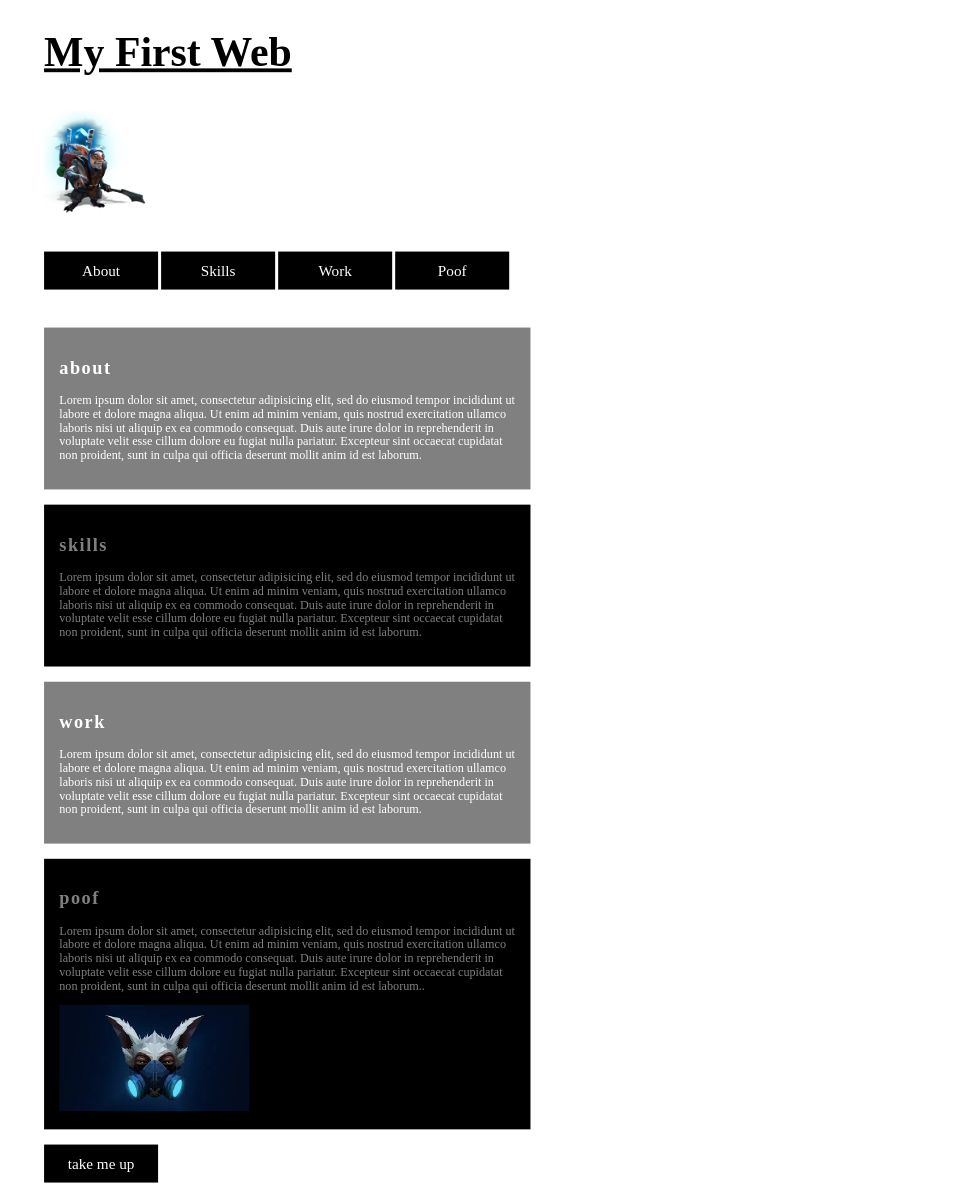
Repository: liav13/SchoolFirstWeb
Page: index.html
An editor plug-in stored every save of this project. The page is shown before and after the next save, followed by the edit.
The browser window is 1280 px wide. The pictures show the whole page, at 76% of full size.

Above is the page before, as saved 2019-05-13 18:50:04.

After the next save:
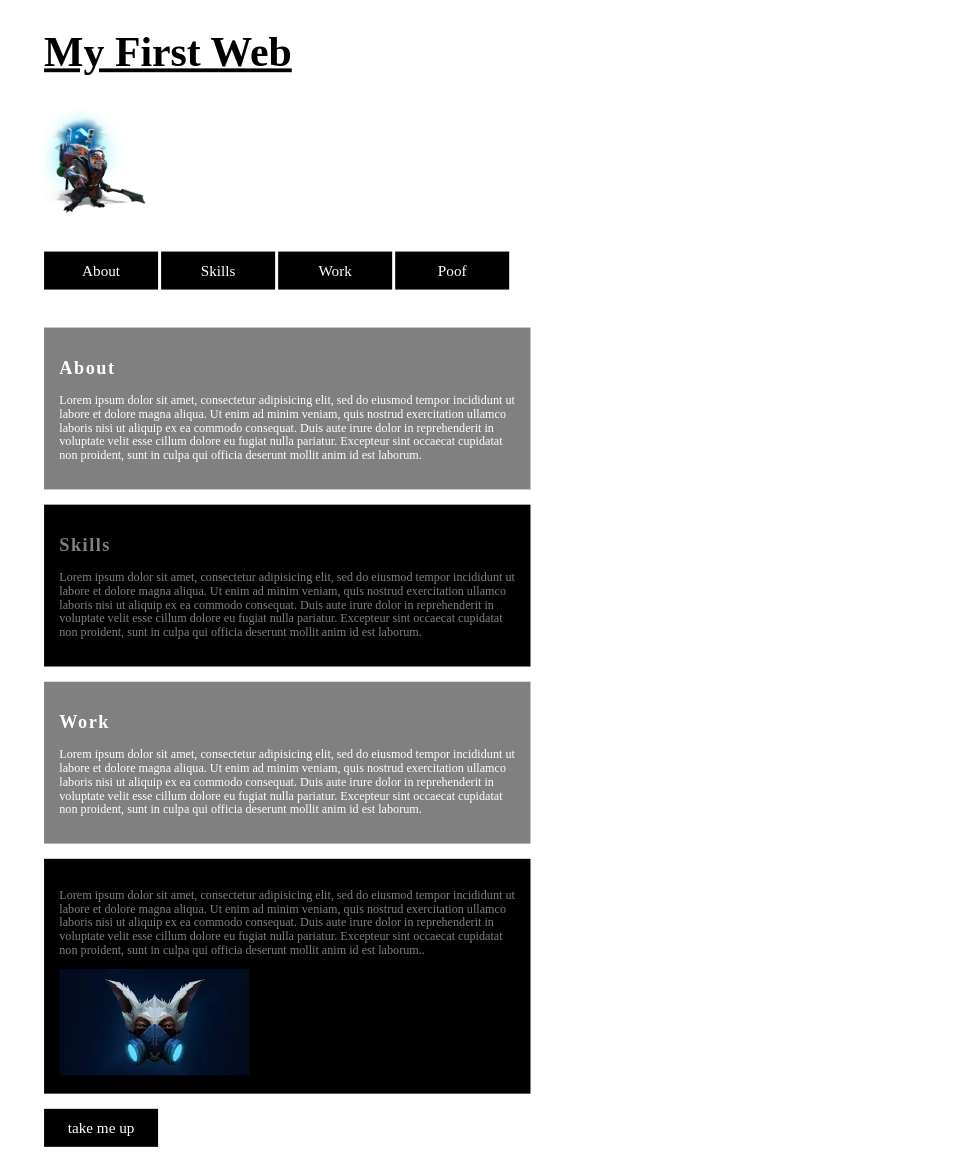
Saved 27 s later.
--- a/index.html
+++ b/index.html
@@ -25,7 +25,7 @@
 
 	<!-- this section is about -->
 <SECTION id=about>
-	<H2>about</H2>
+	<H2>About</H2>
 	<p>Lorem ipsum dolor sit amet, consectetur adipisicing elit, sed do eiusmod
 	tempor incididunt ut labore et dolore magna aliqua. Ut enim ad minim veniam,
 	quis nostrud exercitation ullamco laboris nisi ut aliquip ex ea commodo
@@ -37,7 +37,7 @@
 
 <!-- this section is skills -->
 <SECTION id=skills class=main1>
-	<H2>skills</H2>
+	<H2>Skills</H2>
 	<p>Lorem ipsum dolor sit amet, consectetur adipisicing elit, sed do eiusmod
 	tempor incididunt ut labore et dolore magna aliqua. Ut enim ad minim veniam,
 	quis nostrud exercitation ullamco laboris nisi ut aliquip ex ea commodo
@@ -48,7 +48,7 @@
 
 <!-- this section is work -->
 <SECTION id=work>
-	<H2>work</H2>
+	<H2>Work</H2>
 	<p>Lorem ipsum dolor sit amet, consectetur adipisicing elit, sed do eiusmod
 	tempor incididunt ut labore et dolore magna aliqua. Ut enim ad minim veniam,
 	quis nostrud exercitation ullamco laboris nisi ut aliquip ex ea commodo
@@ -59,7 +59,7 @@
 
 <!-- this section is work -->
 <SECTION id=poof class=main1>
-	<H2>poof</H2>
+	<H2><Meepo></H2>
 	<p>Lorem ipsum dolor sit amet, consectetur adipisicing elit, sed do eiusmod
 	tempor incididunt ut labore et dolore magna aliqua. Ut enim ad minim veniam,
 	quis nostrud exercitation ullamco laboris nisi ut aliquip ex ea commodo

After the save that followed:
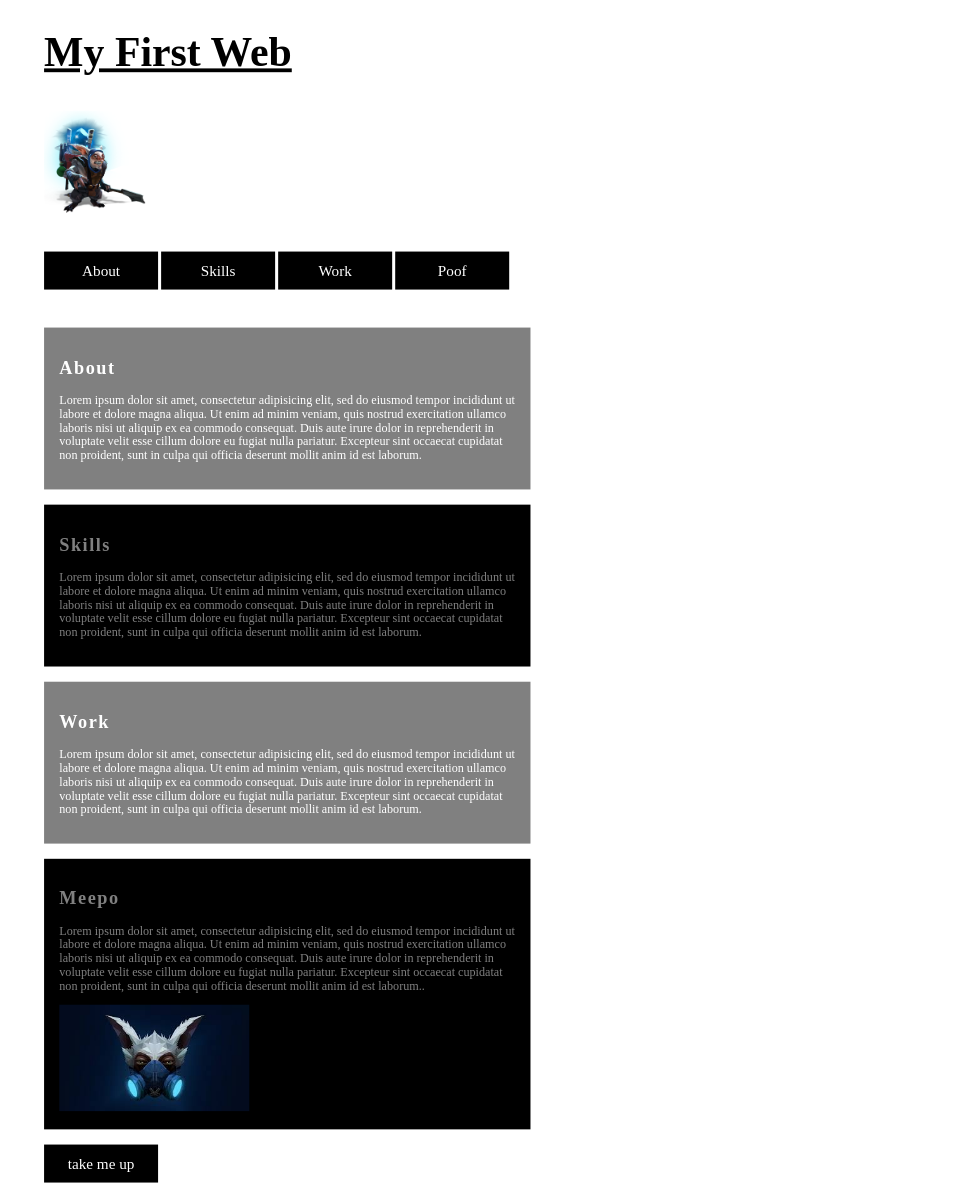
Saved 17 s later.
--- a/index.html
+++ b/index.html
@@ -59,7 +59,7 @@
 
 <!-- this section is work -->
 <SECTION id=poof class=main1>
-	<H2><Meepo></H2>
+	<H2>Meepo</H2>
 	<p>Lorem ipsum dolor sit amet, consectetur adipisicing elit, sed do eiusmod
 	tempor incididunt ut labore et dolore magna aliqua. Ut enim ad minim veniam,
 	quis nostrud exercitation ullamco laboris nisi ut aliquip ex ea commodo
